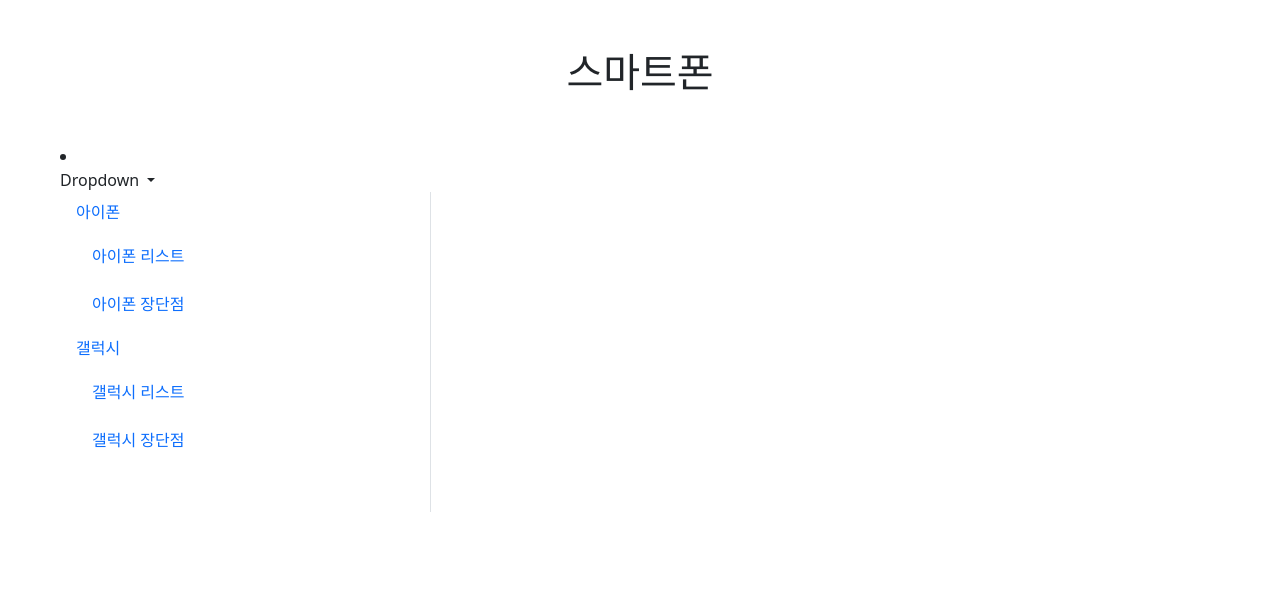
Repository: gwangso/web
Page: http://localhost/practice01/
These files come from the project's save history. The page is drawn as it stood at one moment and after the next save; the edit follows.
The browser window is 1280 px wide. The pictures show the whole page.
Some web libraries are served in a nearby version. The page is served by Tomcat 9.

Above is the page before, as saved 2023-07-25 04:41:31.

After the next save:
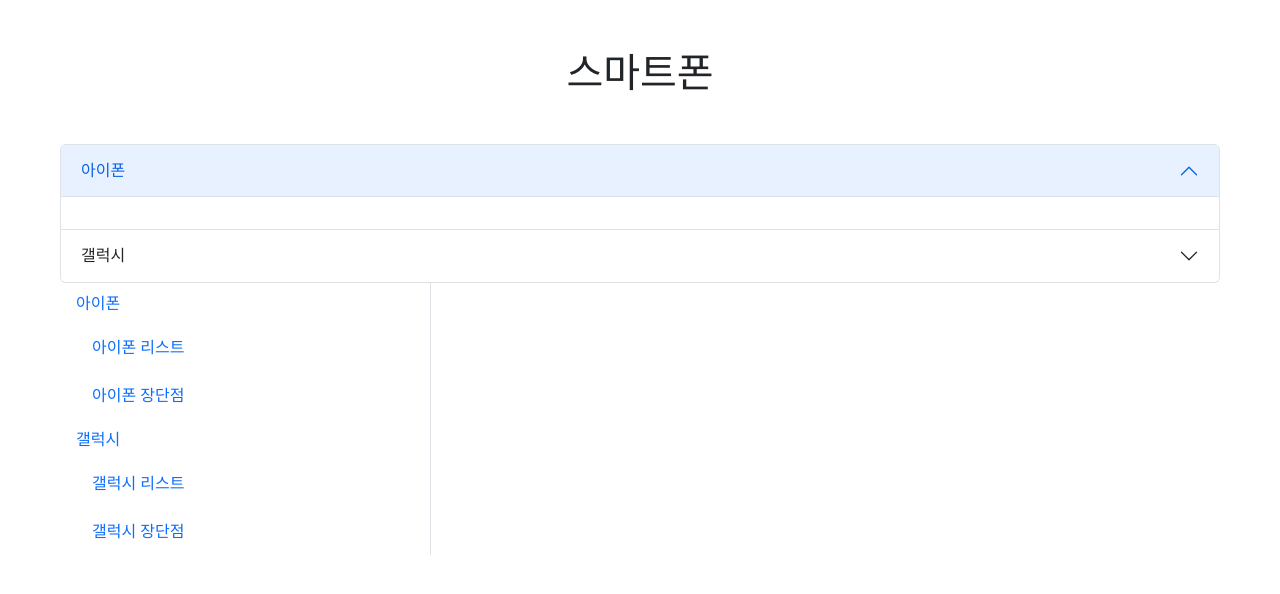
Saved 4 min 10 s later.
--- a/practice01/src/main/webapp/home.jsp
+++ b/practice01/src/main/webapp/home.jsp
@@ -28,20 +28,39 @@
 		<div class="col">
 			<h1 class="text-center mb-5">스마트폰</h1>
 
+			<div class="accordion" id="accordionExample">
+				<div class="accordion-item">
+					<h2 class="accordion-header" id="headingOne">
+						<button class="accordion-button" type="button"
+							data-bs-toggle="collapse" data-bs-target="#collapseOne"
+							aria-expanded="true" aria-controls="collapseOne">
+							아이폰</button>
+					</h2>
+					<div id="collapseOne" class="accordion-collapse collapse show"
+						aria-labelledby="headingOne" data-bs-parent="#accordionExample">
+						<div class="accordion-body">
+
+						</div>
+					</div>
+				</div>
+				<div class="accordion-item">
+					<h2 class="accordion-header" id="headingTwo">
+						<button class="accordion-button collapsed" type="button"
+							data-bs-toggle="collapse" data-bs-target="#collapseTwo"
+							aria-expanded="false" aria-controls="collapseTwo">
+							갤럭시</button>
+					</h2>
+					<div id="collapseTwo" class="accordion-collapse collapse"
+						aria-labelledby="headingTwo" data-bs-parent="#accordionExample">
+						<div class="accordion-body">
+
+						</div>
+					</div>
+				</div>
+			</div>
+
 			<div class="row">
 				<div class="col-4">
-					<li class="nav-item dropdown"><a
-						class="nav-link dropdown-toggle" href="#" role="button"
-						data-bs-toggle="dropdown" aria-expanded="false"> Dropdown </a>
-						<ul class="dropdown-menu">
-							<li><a class="dropdown-item" href="#">Action</a></li>
-							<li><a class="dropdown-item" href="#">Another action</a></li>
-							<li><hr class="dropdown-divider"></li>
-							<li><a class="dropdown-item" href="#">Something else
-									here</a></li>
-						</ul>
-					</li>
-
 					<nav id="navbar-example3"
 						class="h-100 flex-column align-items-stretch pe-4 border-end">
 						<nav class="nav nav-pills flex-column">
